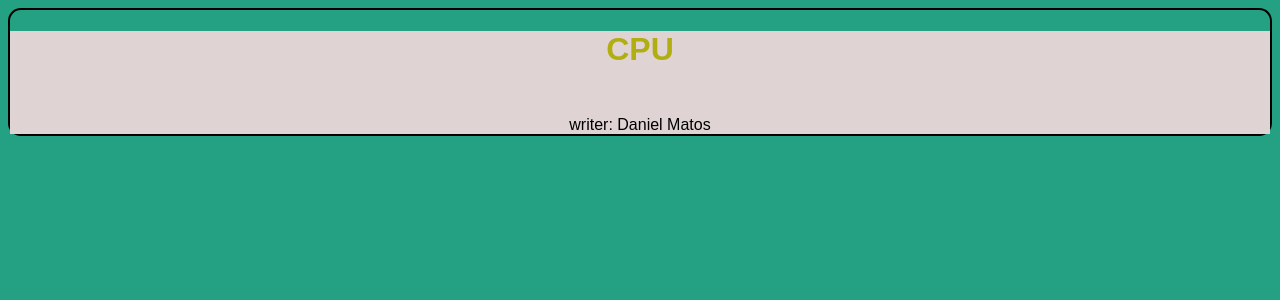
Repository: batmit/FutureFundation.github.io-1
Page: menu/articles/computation/cpu.html
An editor plug-in stored every save of this project. The page is shown before and after the next save, followed by the edit.
The browser window is 1280 px wide. The pictures show the whole page.

Above is the page before, as saved 2021-09-23 18:02:37.

### menu/articles/computation/cpu.html
<!DOCTYPE html>
<html lang="pt-BR">
<head>
    <meta charset="UTF-8">
    <meta http-equiv="X-UA-Compatible" content="IE=edge">
    <meta name="viewport" content="width=device-width, initial-scale=1.0">
    <title>CPU</title>
    <link rel="stylesheet" href="/menu/main.css">
</head>
<body>
    <div id="all">
        <header>
            <h1>CPU</h1>
            <header>writer: Daniel Matos</header>
        </header>
    </div>
</body>
</html>

### menu/main.css
body{

    text-align: center;

    border: black 2px solid;

    border-radius: 0.8rem;

    font-family: 'Ubuntu', arial;

    background-color: rgb(36, 161, 130);


}

#articles {
    gap: 3px;
}

#all{

    background-color: rgb(223, 211, 211);

}


#codigo{
    text-align:left;

}


img{
    text-align: center;
    justify-content: center;

}

p{
    font-size: 20px;
    font-family: 'Ubuntu', arial;
}

a{
    border: 2px solid black;

    border-radius: 0.8rem;

    box-sizing: border-box;

    padding: 0.5rem;

    line-height:3rem;

    margin: 2px;


}

a:hover{

    background-color:#F0FFFF;

}

h1{

    margin-bottom: 3rem;

    color: rgb(177, 174, 17);

}

audio {
    -webkit-transition:all 0.5s linear;
    -moz-transition:all 0.5s linear;
    -o-transition:all 0.5s linear;
    transition:all 0.5s linear;
    -moz-box-shadow: 2px 2px 4px 0px #006773;
    -webkit-box-shadow:  2px 2px 4px 0px #006773;
    box-shadow: 2px 2px 4px 0px #006773;
    -moz-border-radius:7px 7px 7px 7px ;
    -webkit-border-radius:7px 7px 7px 7px ;
    border-radius:7px 7px 7px 7px ;
}

audio:hover, audio:focus, audio:active {

-webkit-box-shadow: 15px 15px 20px rgba(0,0, 0, 0.4);
-moz-box-shadow: 15px 15px 20px rgba(0,0, 0, 0.4);
box-shadow: 15px 15px 20px rgba(0,0, 0, 0.4);
-webkit-transform: scale(1.05);
-moz-transform: scale(1.05);
transform: scale(1.05);

}



@media (max-width: 900px) {


    a{

        display: block;
        line-height: 0.5rem;
        padding: 1rem;

    }

    #img{
        text-align: right;
    }

}

@media (prefers-color-scheme: dark) {
    #all{

        background-color: rgb(90, 73, 73);

    }

    h1{
        color: white
    }

    p{
        color: white;
    }

    a{
        background-color: aqua;
    }

    h3{
        color: white;
    }

    strong {
        color: white;
    }


}

After the next save:
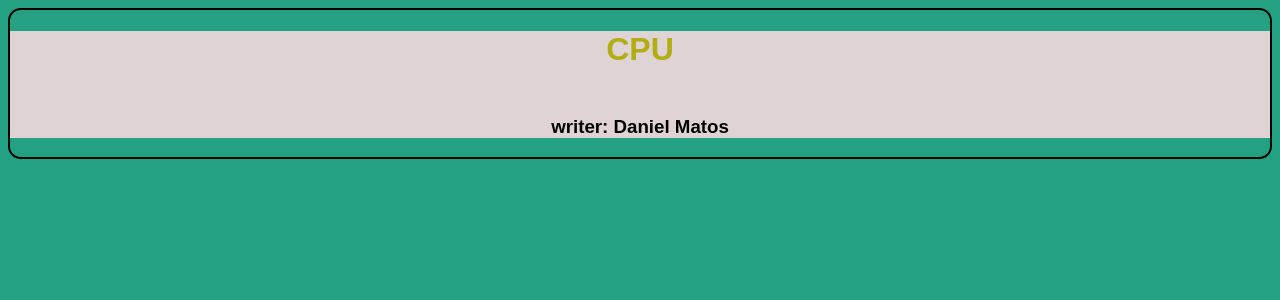
Saved 18 s later.
--- a/menu/articles/computation/cpu.html
+++ b/menu/articles/computation/cpu.html
@@ -11,7 +11,7 @@
     <div id="all">
         <header>
             <h1>CPU</h1>
-            <header>writer: Daniel Matos</header>
+            <h3>writer: Daniel Matos</h3>
         </header>
     </div>
 </body>
